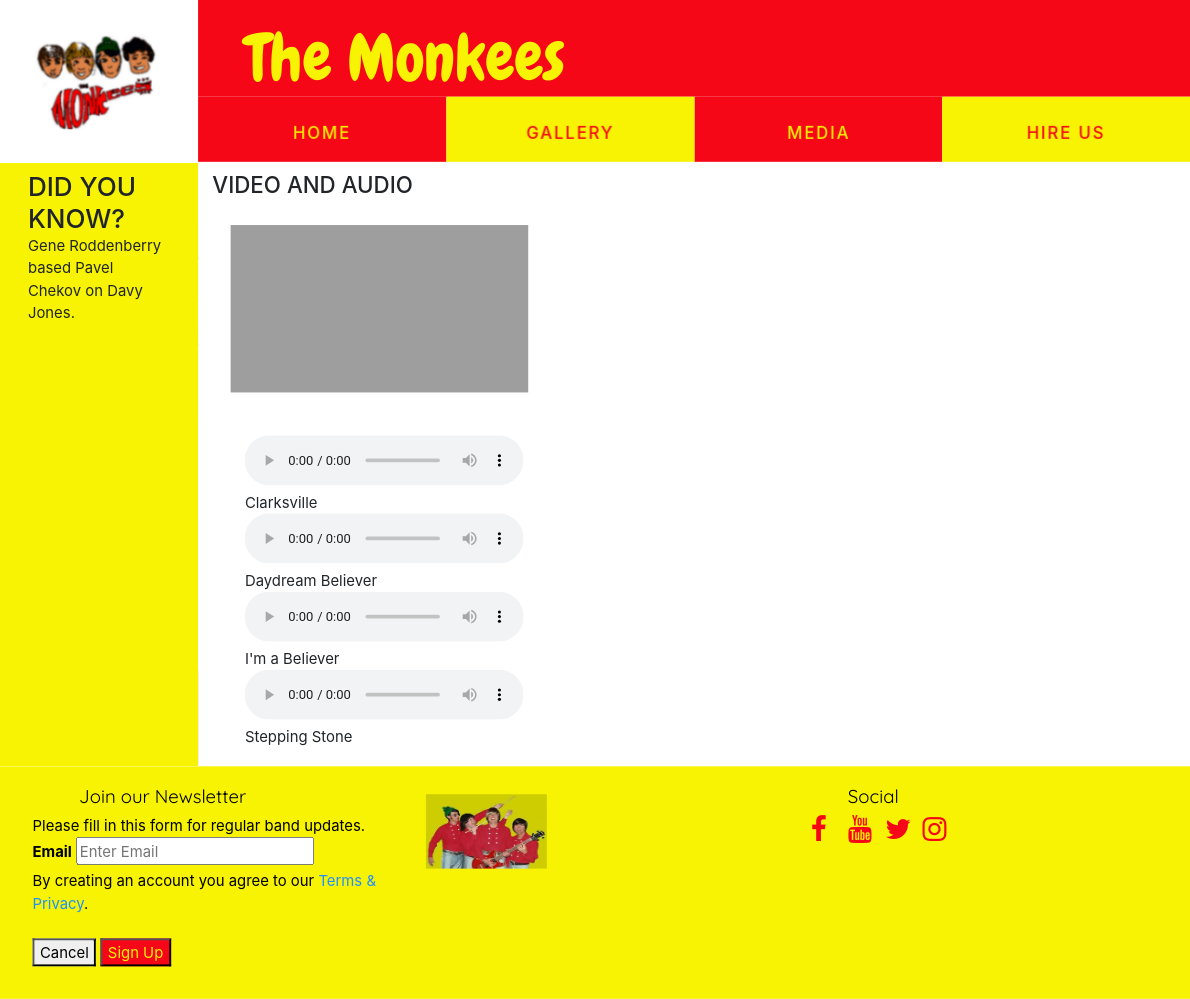
Repository: marcopolomt/monkees
Page: media.html
The author's editor kept a record of every edit. The page is drawn from the files as they stood at one moment, then again after the next edit.
The browser window is 1280 px wide. The pictures show the whole page, at 93% of full size.
Pictures or frames that could not be fetched are drawn as grey boxes.

Above is the page before.

After the next edit:
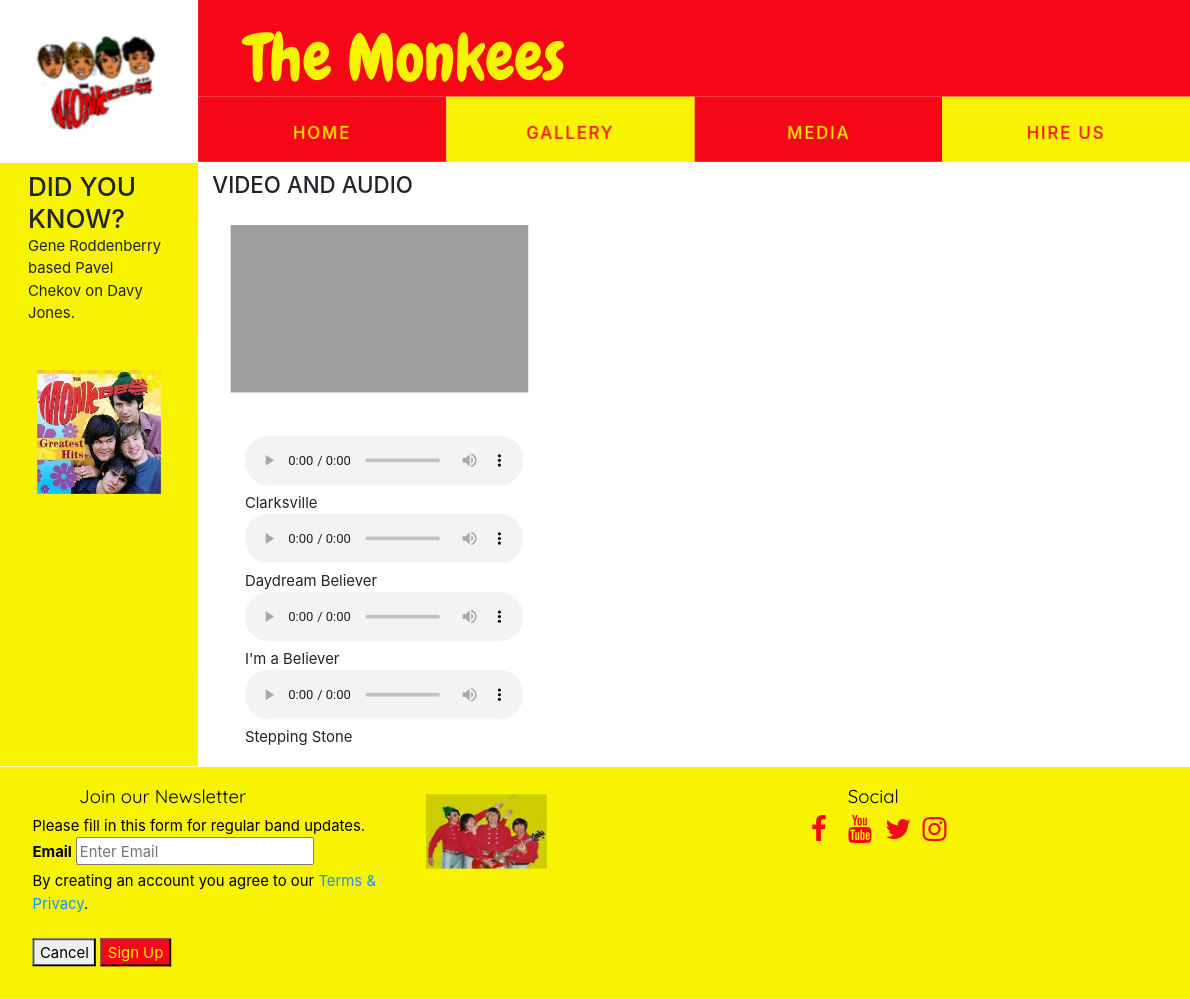
The edit:
--- a/media.html
+++ b/media.html
@@ -54,6 +54,8 @@
                 <p>
                     Gene Roddenberry based Pavel Chekov on Davy Jones.
                 </p>
+                <br>
+                <img src="./assets/images/cover.jpg" alt="cover" style="width:100%;">
             </div>
             <div class="col-xs-12 col-sm-12 col-md-10 home-main-content">
                 <h4 class="main-heading uppercase">Video and Audio</h4>
